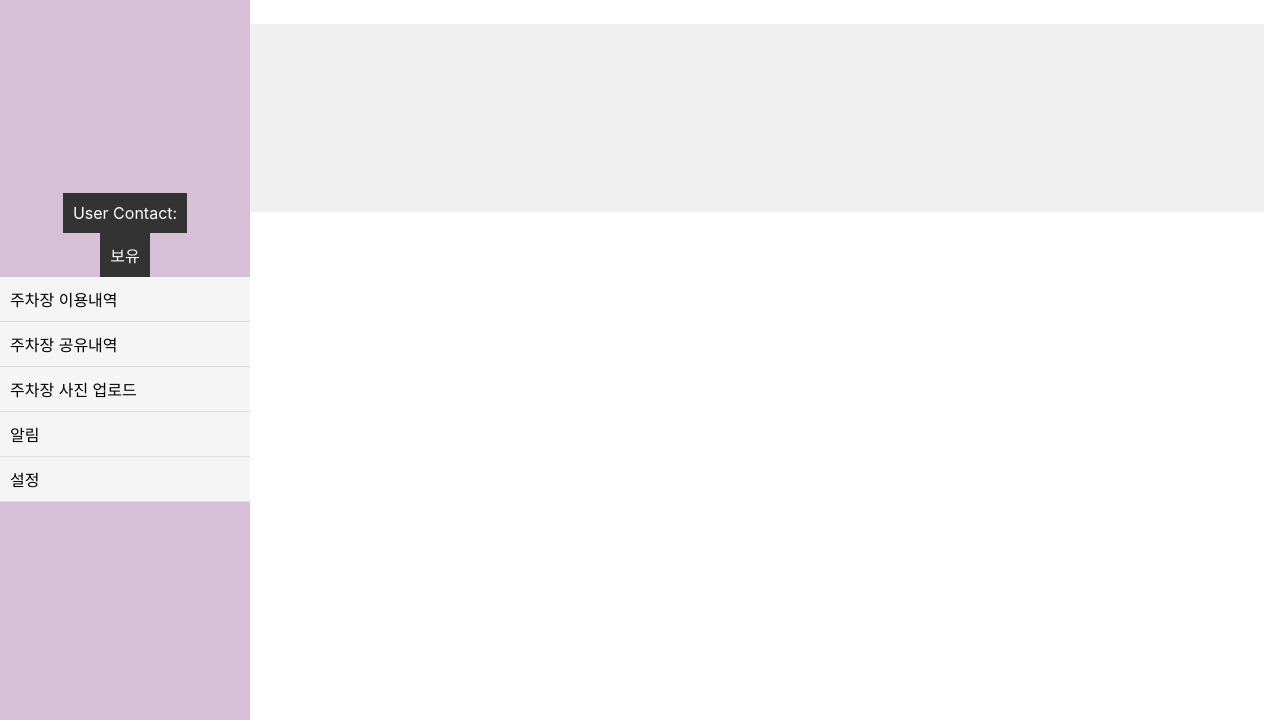
Repository: ohjjoa/reactTest
Page: /, after clicking the first element matching `img`
An editor plug-in stored every save of this project. The page is shown before and after the next save, followed by the edit.
The browser window is 1280 px wide. The pictures show the whole page.
The project was rebuilt for these pictures with package versions that can differ from the ones it lists, and the page was loaded fresh each time.

Above is the page before, as saved 2024-08-02 05:17:27.

### src/App.tsx
import { BrowserRouter as Router, Route, Routes } from 'react-router-dom';
import Home from './pages/Home';

function App() {
  return (
    <Router>
      <Routes>
        <Route path="/" element={<Home />} />
        {/* 다른 Route 추가 가능 */}
      </Routes>
    </Router>
  );
}

export default App;

### src/pages/Home/index.tsx
import React, { useState, useRef, useEffect } from 'react';
import { FixedSizeList as List } from 'react-window';
import { TestContainer, Sidebar, SidebarOpen } from './styles';
import icBurger from '../../assets/ic_burger.svg';

// 리스트 항목의 데이터
// const items = new Array(5).fill(null).map((_, index) => `Item ${index + 1}`);
// 리스트 항목의 데이터
const items = [
  '주차장 이용내역',
  '주차장 공유내역',
  '주차장 사진 업로드',
  '알림',
  '설정'
];

const Home = () => {
  const [sideBarOpen, setSideBarOpen] = useState(false);
  const sidebarRef = useRef<HTMLDivElement>(null);
  const backgroundRef = useRef<HTMLDivElement>(null);

  const burgerClick = () => {
    setSideBarOpen(!sideBarOpen);
  };

  const handleClickOutside = (event: MouseEvent | TouchEvent) => {
    if (
      sidebarRef.current &&
      !sidebarRef.current.contains(event.target as Node) &&
      backgroundRef.current &&
      !backgroundRef.current.contains(event.target as Node)
    ) {
      setSideBarOpen(false);
    }
  };

  useEffect(() => {
    const handleContextMenu = (event: MouseEvent) => {
      event.preventDefault(); // 기본 우클릭 메뉴 막기
      event.stopPropagation(); // 이벤트 전파 막기
      return false;
    };

    window.addEventListener('contextmenu', handleContextMenu);
    // 데스크탑 환경
    document.addEventListener('mousedown', handleClickOutside);
    // 모바일 환경
    document.addEventListener('touchstart', handleClickOutside);

    return () => {
      window.removeEventListener('contextmenu', handleContextMenu);
      document.removeEventListener('mousedown', handleClickOutside);
      document.removeEventListener('touchstart', handleClickOutside);
    };
  }, []);

  // 사이드바 아이템 렌더링
  const Row = ({ index, style }: { index: number; style: React.CSSProperties }) => (
    <div
    style={{
      backgroundColor: '#f5f5f5', // 아이템의 배경 색상
      padding: '10px', // 아이템의 패딩
      borderBottom: '1px solid #ddd', // 아이템 하단의 경계선 (선택 사항)
      boxSizing: 'border-box', // 패딩과 경계선이 요소의 전체 크기에 포함되도록
      color: '#000000'
    }}
  >
    {items[index]}
    </div>
  );

  return (
    <div ref={backgroundRef}>
      <TestContainer>
        <img
          src={icBurger}
          alt="Burger Icon"
          style={{
            maxWidth: '100%',
            height: 'auto',
            cursor: 'pointer',
            marginTop: '50px',
          }}
          onClick={burgerClick} // 클릭 이벤트로 사이드바 열기/닫기 처리
        />
      </TestContainer>

      {sideBarOpen && (
        <SidebarOpen ref={sidebarRef}
        style={{ display: 'flex', flexDirection: 'column', width: '250' }}>
          <div style={{ padding: '10px', backgroundColor: '#333', color: '#fff' }}>
            User Contact:
          </div>
          <div style={{ padding: '10px', backgroundColor: '#333', color: '#fff'}}>
            보유
          </div>
          <List
            style={{ height: '500'}}
            height={550} // 사이드바의 높이에서 연락처의 높이를 제외한 값
            itemCount={items.length} // 아이템 수
            itemSize={50} // 아이템의 높이
            width={250} // 사이드바의 너비
          >
            {Row}
          </List>
        </SidebarOpen>
      )}
      {!sideBarOpen && (
        <Sidebar ref={sidebarRef}>
          <div>Sidebar Content</div>
        </Sidebar>
      )}
    </div>
  );
};

export default Home;

### src/pages/Home/styles.tsx
import { styled } from '@stitches/react';

const TestContainer = styled('div', {
  paddingLeft: '16px',
  paddingRight: '16px',
  marginTop: '24px',
  paddingBottom: '110px',
  backgroundColor: '#f0f0f0',
  marginLeft: '16px',
  marginRight: '16px',
});

const Sidebar = styled('div', {
  position: 'fixed',
  top: 0,
  left: '-250px', // 사이드바가 화면 밖으로 숨겨져 있도록 설정
  width: '250px',
  height: '100%',
  backgroundColor: '#D8BFD8',
  color: 'white',
  transition: 'left 0.3s ease', // 애니메이션 효과
  display: 'flex',
  alignItems: 'center',
  justifyContent: 'center',
  zIndex: 1000, // 사이드바가 다른 요소 위에 오도록 설정
});

const SidebarOpen = styled(Sidebar, {
  left: 0, // 사이드바가 화면에 보이도록 설정
});


export { TestContainer, Sidebar, SidebarOpen };

Loaded but not shown: public/index.html (common file); src/index.tsx (common file); src/index.css (common file); src/reportWebVitals.ts (common file)

After the next save:
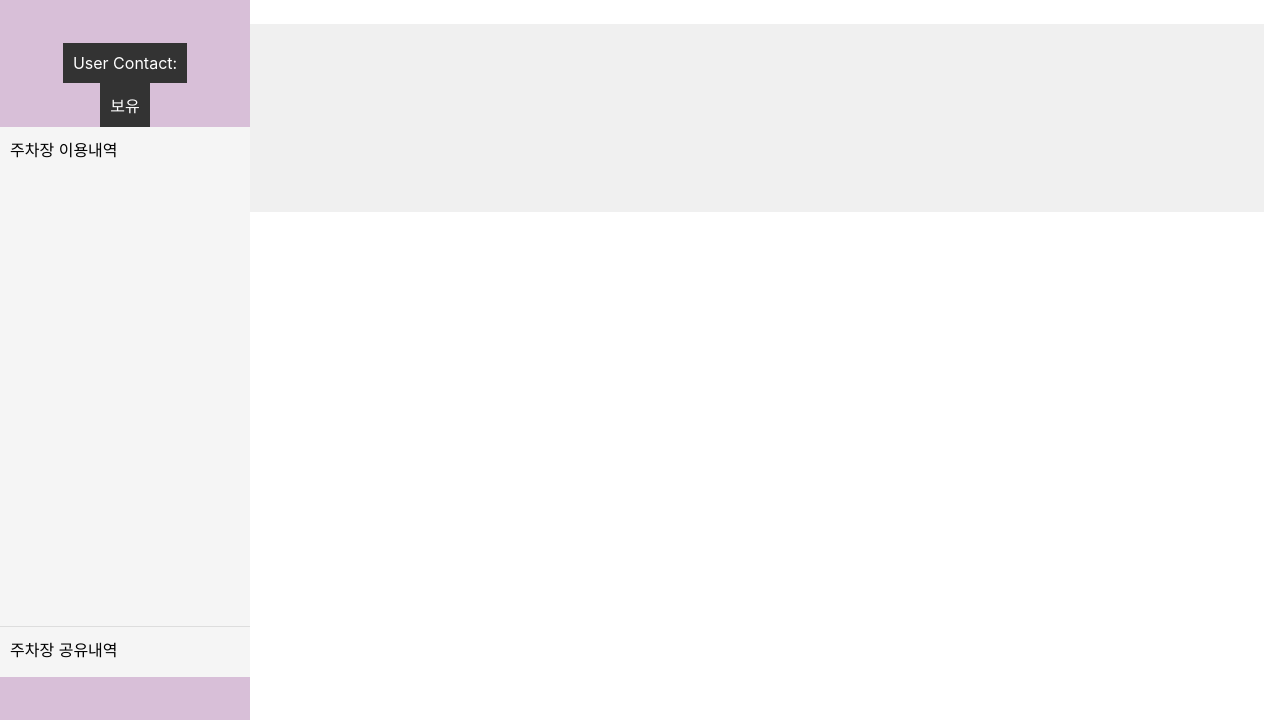
Saved 70 s later.
--- a/src/pages/Home/index.tsx
+++ b/src/pages/Home/index.tsx
@@ -62,6 +62,7 @@ const Home = () => {
       padding: '10px', // 아이템의 패딩
       borderBottom: '1px solid #ddd', // 아이템 하단의 경계선 (선택 사항)
       boxSizing: 'border-box', // 패딩과 경계선이 요소의 전체 크기에 포함되도록
+      height: '500px',
       color: '#000000'
     }}
   >
@@ -95,7 +96,6 @@ const Home = () => {
             보유
           </div>
           <List
-            style={{ height: '500'}}
             height={550} // 사이드바의 높이에서 연락처의 높이를 제외한 값
             itemCount={items.length} // 아이템 수
             itemSize={50} // 아이템의 높이
